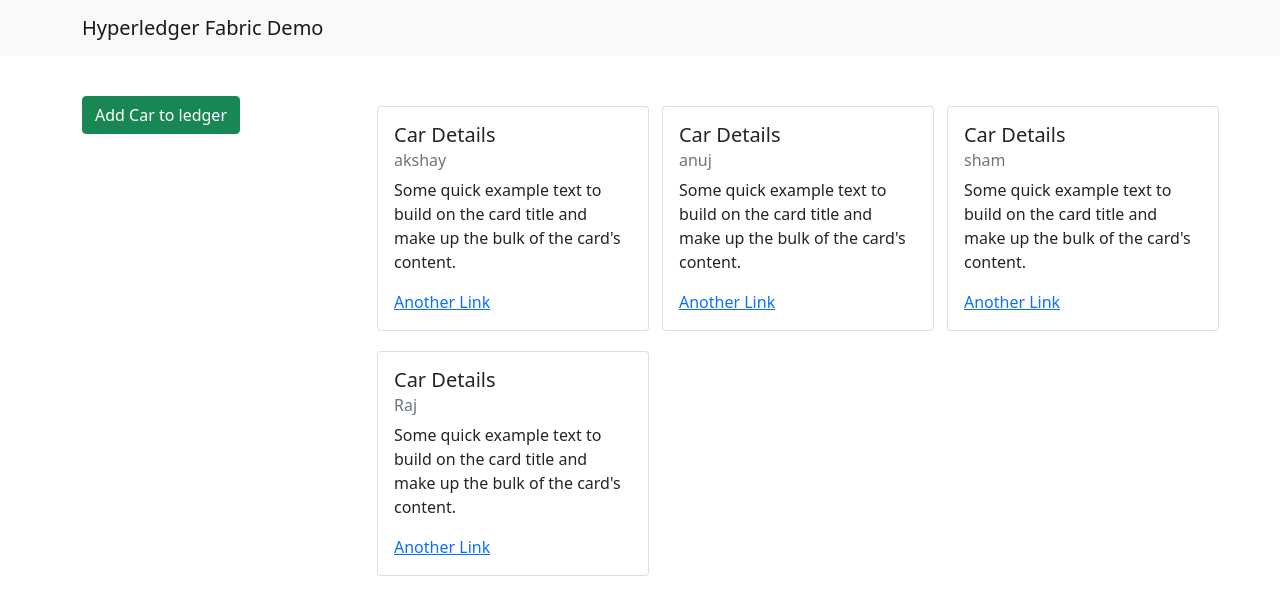
Repository: akshaykurhekar/hyperledger-asset-monetization-dapp
Page: / (app in fabcarWeb/new-ui/)
The author's editor kept a copy of each file at every save. The page is drawn from the files as they stood at one save, then again after the next save.
The browser window is 1280 px wide. The pictures show the whole page.
The page's requests for data from a server got no answer. The project was rebuilt for these pictures with package versions that can differ from the ones it lists, and the page was loaded fresh each time. No one was signed in, and anything a server would have sent is missing.

Above is the page before, as saved 2022-03-31 17:02:28.

### fabcarWeb/new-ui/src/index.js
import React from "react";
import ReactDOM from "react-dom/client";
import "./index.css";
import App from "./App";
import reportWebVitals from "./reportWebVitals";
import "bootstrap/dist/css/bootstrap.min.css";

// ReactDOM.render(
//   <React.StrictMode>
//     <App />
//   </React.StrictMode>,
//   document.getElementById('root')
// );

ReactDOM.createRoot(document.getElementById("root")).render(
  <React.StrictMode>
    <App />
  </React.StrictMode>
);

// If you want to start measuring performance in your app, pass a function
// to log results (for example: reportWebVitals(console.log))
// or send to an analytics endpoint. Learn more: https://bit.ly/CRA-vitals
reportWebVitals();

### fabcarWeb/new-ui/src/App.js
import React, {useState, useEffect} from 'react';
import Navbar from "./components/navbar";
import Card from "./components/card";
import Model from "./components/model";
import { Container, Row, Col } from "react-bootstrap";
import axios from "axios";

function App() {
  const carList = [{ name: "akshay" }, { name: "anuj" }, { name: "sham" },{ name: "Raj" }];

  const baseURL = "https://jsonplaceholder.typicode.com/posts/1";

  const [carLists, setCarList] = useState(null);

  useEffect(() => {
    axios.get(baseURL).then((response) => {
        console.log(response.data);
      setCarList(response.data);
    });
  }, []);

  return (
    <>
      <Navbar />
      <Container>
        <Row style={{ paddingTop: "40px" }}>
          <Col sm={3}>
            <Model />
          </Col>
          <Col sm={9}>
            <Row>
              {carList.map((item, idx) => {
                return (
                  <Col sm={4}>
                    <Card key={idx} name={item.name} />
                  </Col>
                );
              })}
            </Row>
          </Col>
        </Row>
      </Container>
    </>
  );
}

export default App;

### fabcarWeb/new-ui/src/components/navbar.js
import React from 'react';
import { Navbar,Container,Nav, NavDropdown } from 'react-bootstrap'

const NavbarComp = ()=>{

    return (
      <Navbar bg="light" expand="lg">
      <Container>
        <Navbar.Brand href="#home">Hyperledger Fabric Demo</Navbar.Brand>
        <Navbar.Toggle aria-controls="basic-navbar-nav" />
        <Navbar.Collapse id="basic-navbar-nav">
          <Nav className="me-auto">
            {/* <Nav.Link href="#home">Home</Nav.Link>
            <Nav.Link href="#link">Link</Nav.Link>
            <NavDropdown title="Dropdown" id="basic-nav-dropdown">
              <NavDropdown.Item href="#action/3.1">Action</NavDropdown.Item>
              <NavDropdown.Item href="#action/3.2">Another action</NavDropdown.Item>
              <NavDropdown.Item href="#action/3.3">Something</NavDropdown.Item>
              <NavDropdown.Divider />
              <NavDropdown.Item href="#action/3.4">Separated link</NavDropdown.Item>
            </NavDropdown> */}
          </Nav>
        </Navbar.Collapse>
      </Container>
    </Navbar>
    );
};

export default NavbarComp;

### fabcarWeb/new-ui/src/components/card.js
import React from 'react';
import {Card} from 'react-bootstrap'

const Cards = (props)=>{
    return (
        <Card style={{ width: '17rem',margin:'10px' }}>
            <Card.Body>
                <Card.Title>Car Details</Card.Title>
                <Card.Subtitle className="mb-2 text-muted">{props.name}</Card.Subtitle>
                <Card.Text>
                Some quick example text to build on the card title and make up the bulk of
                the card's content.
                </Card.Text>
                <Card.Link href="#">Another Link</Card.Link>
            </Card.Body>
        </Card>
    );
};

export default Cards;

### fabcarWeb/new-ui/src/components/model.js
import React,{ useState} from 'react';
import { Button, Modal} from 'react-bootstrap'

const Model = ()=>{

    const [show, setShow] = useState(false);

  const handleClose = () => setShow(false);
  const handleShow = () => setShow(true);

    return (
       <>
      <Button variant="success" onClick={handleShow}>
        Add Car to ledger
      </Button>

      <Modal show={show} onHide={handleClose}>
        <Modal.Header closeButton>
          <Modal.Title>Add Car</Modal.Title>
        </Modal.Header>
        <Modal.Body>

            </Modal.Body>
        <Modal.Footer>
          <Button variant="secondary" onClick={handleClose}>
            Close
          </Button>
          <Button variant="primary" onClick={handleClose}>
            Save
          </Button>
        </Modal.Footer>
      </Modal>
    </>
    );
};

export default Model;

Loaded but not shown: fabcarWeb/new-ui/public/index.html (common file); fabcarWeb/new-ui/src/reportWebVitals.js (common file); fabcarWeb/new-ui/src/index.css (no stored copy; drawn as an empty file)

After the next save:
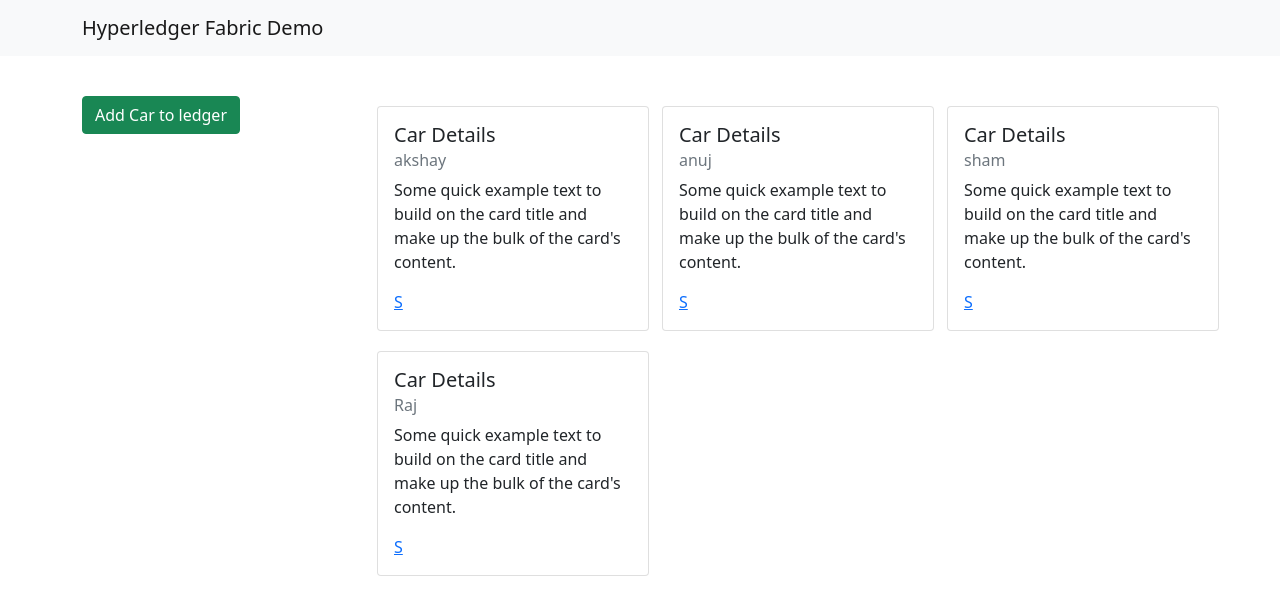
Saved 5 s later.
--- a/fabcarWeb/new-ui/src/components/card.js
+++ b/fabcarWeb/new-ui/src/components/card.js
@@ -11,7 +11,7 @@
                 Some quick example text to build on the card title and make up the bulk of
                 the card's content.
                 </Card.Text>
-                <Card.Link href="#">Another Link</Card.Link>
+                <Card.Link href="#">S</Card.Link>
             </Card.Body>
         </Card>
     );
